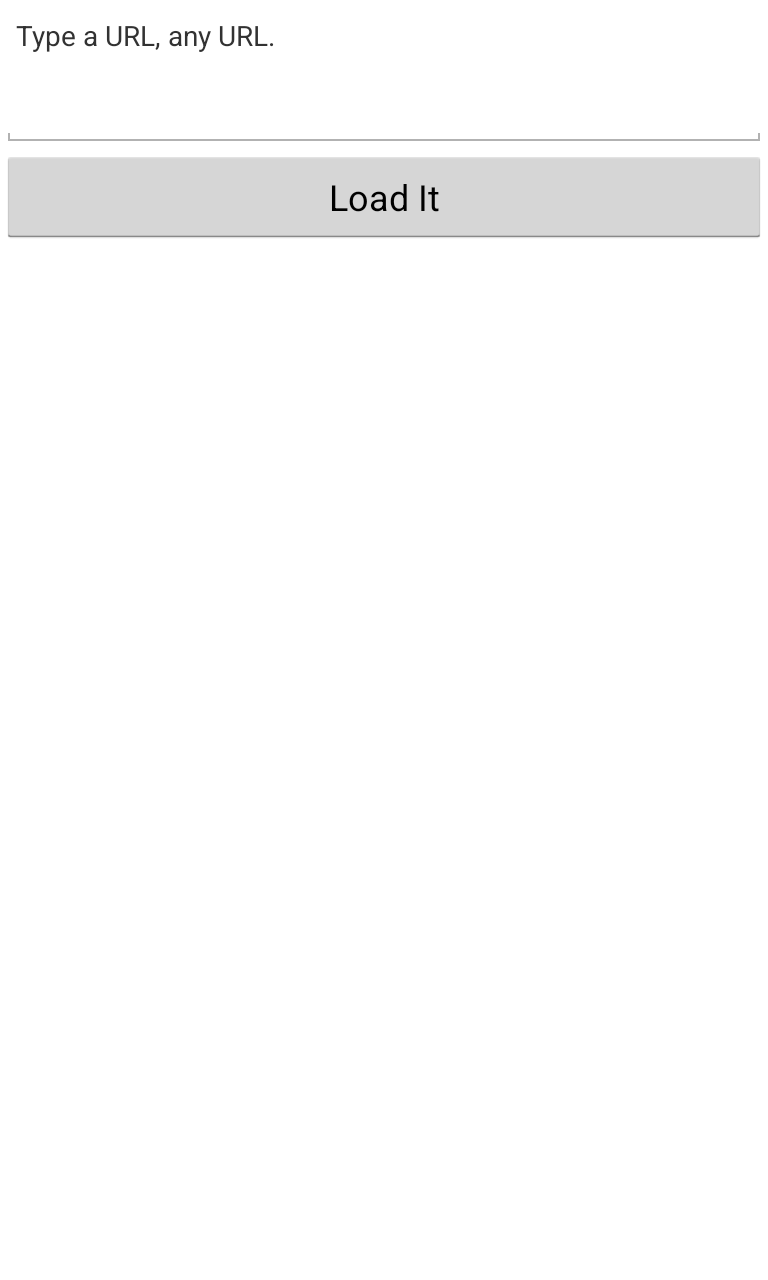
Repository: Android518-2015/week13-networkio-part1
Layout: HttpURLConnectionExample/res/layout/activity_http_example.xml
The author's editor kept a copy of each file at every save. The layout is drawn from the files as they stood at one save, then again after the next save.
It is drawn on a 768 x 1280 px phone screen (xhdpi) without system bars, with theme AppTheme; the app's code is not run.

Above is the layout before, as saved 2015-11-13 03:20:24.

### HttpURLConnectionExample/res/layout/activity_http_example.xml
<LinearLayout xmlns:android="http://schemas.android.com/apk/res/android"
    xmlns:tools="http://schemas.android.com/tools"
    android:layout_width="match_parent"
    android:orientation="vertical"
    android:layout_height="match_parent" >

    <TextView
        android:id="@+id/tv"
        android:layout_width="match_parent"
        android:layout_height="wrap_content"
        android:layout_centerHorizontal="true"
        android:layout_centerVertical="true"
        android:padding="@dimen/padding_medium"
        android:text="@string/hello_world"
        tools:context=".HttpExample" />
    <EditText
        android:id="@+id/myURL"
        android:layout_width="match_parent"
        android:layout_height="wrap_content"
        />
    <Button
        android:layout_width="match_parent"
        android:layout_height="wrap_content"
        android:text="Load It"
        android:onClick="myClickHandler"/>

</LinearLayout>

### HttpURLConnectionExample/res/values/strings.xml
<resources>

    <string name="app_name">HttpExample</string>
    <string name="hello_world">Type a URL, any URL.</string>
    <string name="menu_settings">Settings</string>
    <string name="title_activity_http_example">HttpURLConnection Example</string>

</resources>

Loaded but not shown: HttpURLConnectionExample/res/values-v11/styles.xml (common file); HttpURLConnectionExample/res/values-v14/styles.xml (common file); HttpURLConnectionExample/res/values/styles.xml (common file); HttpURLConnectionExample/res/values/dimens.xml (common file)

After the next save:
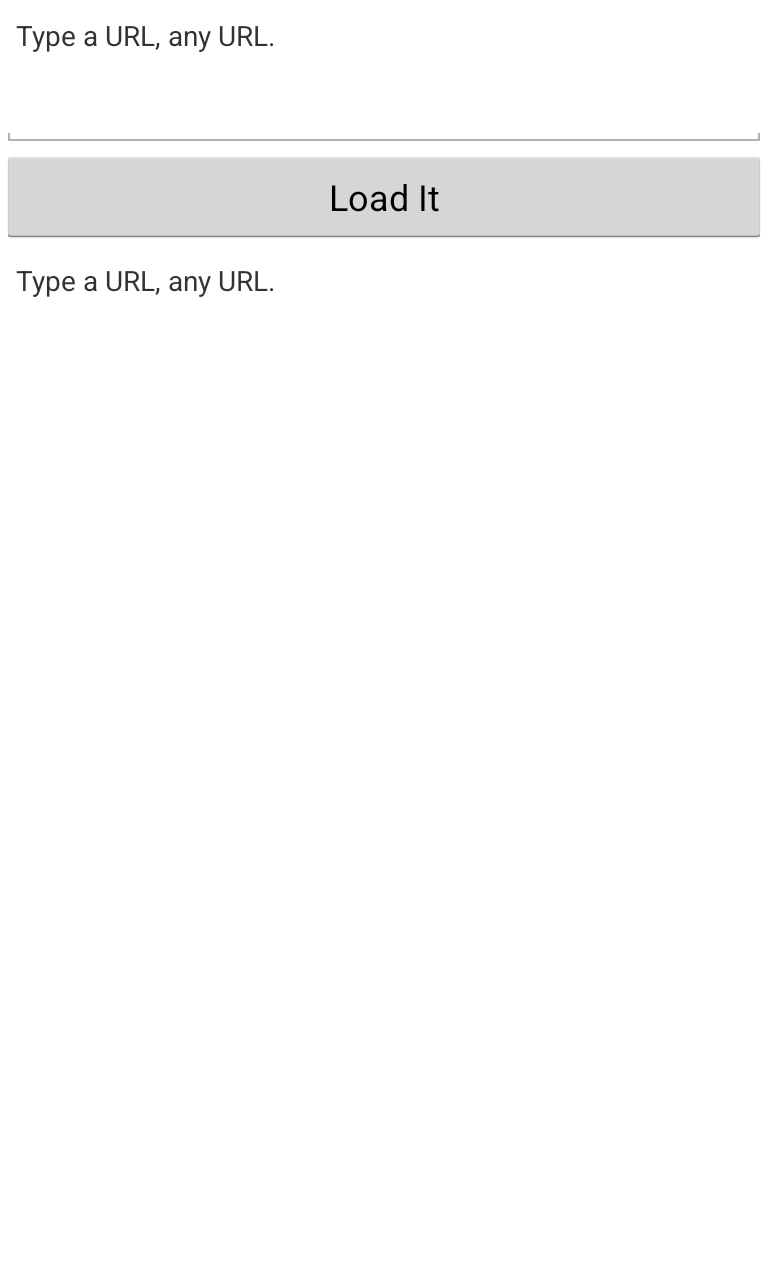
Saved 68 s later.
--- a/HttpURLConnectionExample/res/layout/activity_http_example.xml
+++ b/HttpURLConnectionExample/res/layout/activity_http_example.xml
@@ -1,8 +1,8 @@
 <LinearLayout xmlns:android="http://schemas.android.com/apk/res/android"
     xmlns:tools="http://schemas.android.com/tools"
     android:layout_width="match_parent"
-    android:orientation="vertical"
-    android:layout_height="match_parent" >
+    android:layout_height="match_parent"
+    android:orientation="vertical" >
 
     <TextView
         android:id="@+id/tv"
@@ -13,15 +13,26 @@
         android:padding="@dimen/padding_medium"
         android:text="@string/hello_world"
         tools:context=".HttpExample" />
+
     <EditText
         android:id="@+id/myURL"
         android:layout_width="match_parent"
-        android:layout_height="wrap_content"
-        />
+        android:layout_height="wrap_content" />
+
     <Button
         android:layout_width="match_parent"
         android:layout_height="wrap_content"
-        android:text="Load It"
-        android:onClick="myClickHandler"/>
+        android:onClick="myClickHandler"
+        android:text="Load It" />
+
+    <TextView
+        android:id="@+id/tv"
+        android:layout_width="match_parent"
+        android:layout_height="wrap_content"
+        android:layout_centerHorizontal="true"
+        android:layout_centerVertical="true"
+        android:padding="@dimen/padding_medium"
+        android:text="@string/hello_world"
+        tools:context=".HttpExample" />
 
 </LinearLayout>
